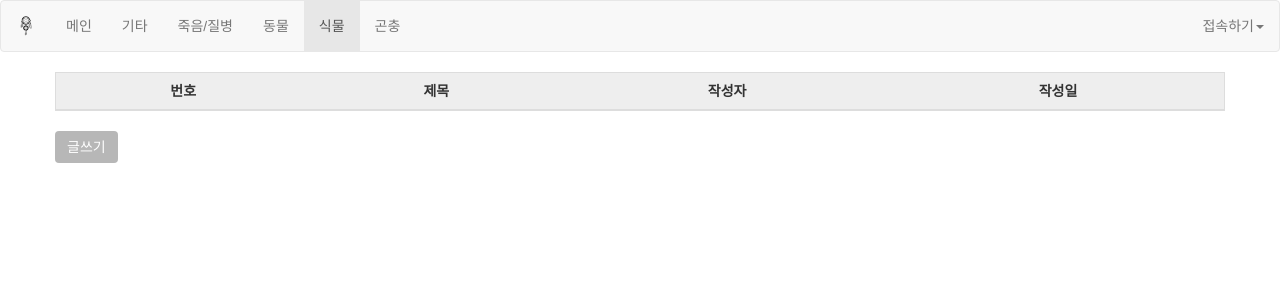
Repository: tjshee39/-1-2
Page: http://localhost/BBS/bbsPlant.jsp
These files come from the project's save history. The page is drawn as it stood at one moment and after the next save; the edit follows.
The browser window is 1280 px wide. The pictures show the whole page.
Some web fonts or font styles are not loaded; a fallback is used. The page is served by Tomcat 9. Queries for data that is not in the repository find no rows.

Above is the page before, as saved 2020-07-01 10:15:10.

After the next save:
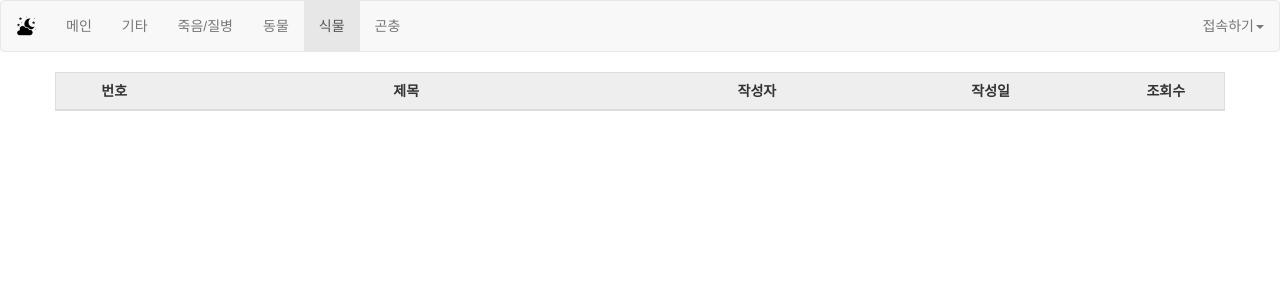
Saved 47 s later.
--- a/project/BBS/WebContent/bbsPlant.jsp
+++ b/project/BBS/WebContent/bbsPlant.jsp
@@ -4,6 +4,8 @@
 <%@ page import="bbsplant.BbsPlantDAO" %>  <!-- bbs패키지에 있는 BbsDAO -->
 <%@ page import="bbsplant.BbsPlant" %>
 <%@ page import="java.util.ArrayList" %>  <!-- 게시판 목록 출력 -->
+<%@ taglib prefix="c" uri="http://java.sun.com/jsp/jstl/core"%>
+
 <!DOCTYPE html>
 <html>
 <head>
@@ -44,7 +46,7 @@
 				<span class="icon-bar"></span>
 				<span class="icon-bar"></span>
 			</button>
-			<a class="navbar-brand" href="main.jsp"><img src="images/titleLogo.png" height="100%"></a>
+			<a class="navbar-brand" href="main.jsp"><img src="images/navTitle.png" height="100%"></a>
 		</div>
 		<div class="collapse navbar-collapse" id="bs-example-navbar-collapse-1">
 			<ul class="nav navbar-nav">
@@ -79,6 +81,7 @@
 						aria-expanded="false">회원관리<span class="caret"></span></a>
 					<ul class="dropdown-menu">
 						<li><a href="logoutAction.jsp">로그아웃</a></li>
+						<li><a href="withdrawal.jsp">회원탈퇴</a></li>
 					</ul>
 				</li>
 			</ul>
@@ -92,10 +95,11 @@
 			<table class="table table-striped" style="text-align: center; border: 1px solid #dddddd">
 			<thead>
 				<tr>  <!-- 글의 목록만 보여주는 기능 -->
-					<th style="background-color: #eeeeee; text-align: center; ">번호</th>
-					<th style="background-color: #eeeeee; text-align: center; ">제목</th>
-					<th style="background-color: #eeeeee; text-align: center; ">작성자</th>
-					<th style="background-color: #eeeeee; text-align: center; ">작성일</th>
+					<th style="background-color: #eeeeee; text-align: center; width: 10%;">번호</th>
+					<th style="background-color: #eeeeee; text-align: center; width: 40%;">제목</th>
+					<th style="background-color: #eeeeee; text-align: center; width: 20%;">작성자</th>
+					<th style="background-color: #eeeeee; text-align: center; width: 20%;">작성일</th>
+					<th style="background-color: #eeeeee; text-align: center; width: 10%;">조회수</th>
 				</tr>
 			</thead>
 			<tbody>
@@ -113,6 +117,7 @@
 					<td><%= list.get(i).getBbsPlantDate().substring(0, 11) + list.get(i).getBbsPlantDate().substring(11, 13)
 					+ "시" + list.get(i).getBbsPlantDate().substring(14, 16) + "분" %></td>
 					<!-- substirng: 필요한 부분만 잘라서 출력 -->
+					<td><%= list.get(i).getBbsPlantHit() %></td>
 				</tr>
 				<%
 					}
@@ -133,31 +138,10 @@
 					}
 				%>
 
-				<!-- 회원만 넘어갈 수 있음 -->
-				<%
-					if (session.getAttribute("userID") == null) {
-						userID = "not null";
-				%>
-				<button class="btn btn-primary purll-right"
-					onclick="if(confirm('권한이 없습니다.'))location.history.back();" type="button"
-					style="background-color:#b7b7b7; border:0;">글쓰기</button>
-				<%
-					} else if (session.getAttribute("userID").equals("관리자")) {
-				%>
-					<a href="writeAnimal.jsp" class="btn btn-primary pull-right"
-					style="background-color:#b7b7b7; border:0;">글쓰기</a>
-				<%
-					} else if (!session.getAttribute("userID").equals("관리자")) {
-				%>
-
-				<button class="btn btn-primary purll-right"
-					onclick="if(confirm('권한이 없습니다.'))location.history.back();" type="button"
-					style="background-color:#b7b7b7; border:0;">글쓰기</button>
-				<%
-					}
-				%>
-
-			<!-- <a href="write.jsp" class="btn btn-primary pull-right">글쓰기</a>  <!-- 오른쪽에 글쓰기버튼 -->
+				<!-- 관리자 권한 -->
+				<c:if test="${userID eq '관리자' }">
+					<a href="writePlant.jsp" class="btn btn-primary pull-right" style="background-color: #b7b7b7; border-color: #b7b7b7;">글쓰기</a>
+				</c:if>
 		</div>
 	</div>
 
